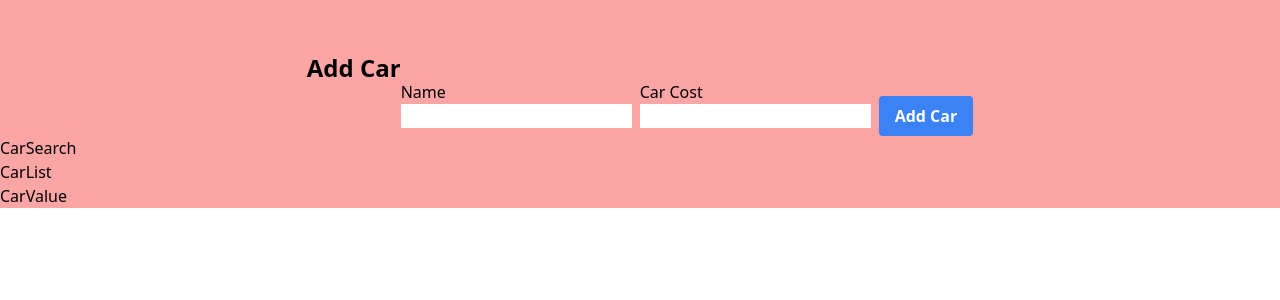
Repository: Marhamat92/carsappreduxtoolkit
Page: /
The author's editor kept a copy of each file at every save. The page is drawn from the files as they stood at one save, then again after the next save.
The browser window is 1280 px wide. The pictures show the whole page.
The project was rebuilt for these pictures with package versions that can differ from the ones it lists, and the page was loaded fresh each time.

Above is the page before, as saved 2023-01-23 21:04:18.

### src/index.js
import React from 'react';
import ReactDOM from 'react-dom/client';
import './index.css';
import App from './App';
import { Provider } from 'react-redux';
import { store } from './store'


const root = ReactDOM.createRoot(document.getElementById('root'));
root.render(
  <Provider store={store}>
    <App />
  </Provider>
);

### src/App.js
import CarForm from "./components/CarForm";
import CarList from "./components/CarList";
import CarSearch from "./components/CarSearch";
import CarValue from "./components/CarValue";


function App() {
  return (
    <div className="container mx-auto  bg-red-300">
      <CarForm />
      <CarSearch />
      <CarList />
      <CarValue />
    </div>
  );
}

export default App;

### src/store/index.js
import { configureStore } from "@reduxjs/toolkit";
import {
  carsReducer,
  addCar,
  removeCar,
  changeSearchTerm,
} from "./slices/carsSlice";
import { formReducer, changeName, changeCost } from "./slices/formSlice";

const store = configureStore({
  reducer: {
    cars: carsReducer,
    form: formReducer,
  },
})

export { store, addCar, removeCar, changeSearchTerm, changeName, changeCost };

### src/components/CarForm.js
import React from 'react'

function CarForm() {
  return (
    <div className='flex items-center justify-center'>
      <h1 className='font-bold text-2xl' >Add Car</h1>
      <div className='mt-20'>
        <form className='flex flex-row space-x-2'>
          <div className='flex flex-col'>
            <label htmlFor='make'>Name</label>
            <input type='text' name='carName' id='carName' />
          </div>
          <div className='flex flex-col'>
            <label htmlFor='price'>Car Cost</label>
            <input type='text' name='price' id='price' />
          </div>
          <button className='bg-blue-500 hover:bg-blue-700 text-white font-bold py-2 px-4 rounded mt-4' type='submit'>Add Car</button>
        </form>
      </div>
    </div>
  )
}

export default CarForm

### src/components/CarList.js
import React from 'react'

function CarList() {
  return (
    <div>CarList</div>
  )
}

export default CarList

### src/components/CarSearch.js
import React from 'react'

function CarSearch() {
  return (
    <div>CarSearch</div>
  )
}

export default CarSearch

### src/components/CarValue.js
import React from 'react'

function CarValue() {
  return (
    <div>CarValue</div>
  )
}

export default CarValue

### src/store/slices/carsSlice.js
import { createSlice, nanoid } from '@reduxjs/toolkit';

const carsSlice = createSlice({
  name: 'cars',
  initialState: {
    cars: [],
    searchTerm: ''
  },
  reducers: {
    changeSearchTerm(state, action) {
      state.searchTerm = action.payload;
    },
    addCar(state, action) {
      //Assumption:
      //action.payload is an object with the following properties:
      //name, cost, id
      state.cars.push({
        name: action.payload.name,
        cost: action.payload.cost,
        id: nanoid()
      })
    },
    removeCar(state, action) {
      //Assumption:
      //action.payload is the id of the car to remove
      const updatedCars = state.cars.filter((car) => {
        return car.id !== action.payload;
      })
      state.cars = updatedCars;
    }

  }
})

export const { changeSearchTerm, addCar, removeCar } = carsSlice.actions;
export const carsReducer = carsSlice.reducer;

### src/store/slices/formSlice.js
import { createSlice } from '@reduxjs/toolkit';

const formSlice = createSlice({
  name: 'form',
  initialState: {
    name: '',
    cost: 0
  },
  reducers: {
    changeName(state, action) {
      state.name = action.payload;
    },
    changeCost(state, action) {
      state.cost = action.payload;
    }
  }
})

export const { changeName, changeCost } = formSlice.actions;
export const formReducer = formSlice.reducer;

Loaded but not shown: public/index.html (common file); src/index.css (common file); tailwind.config.js (common file)

After the next save:
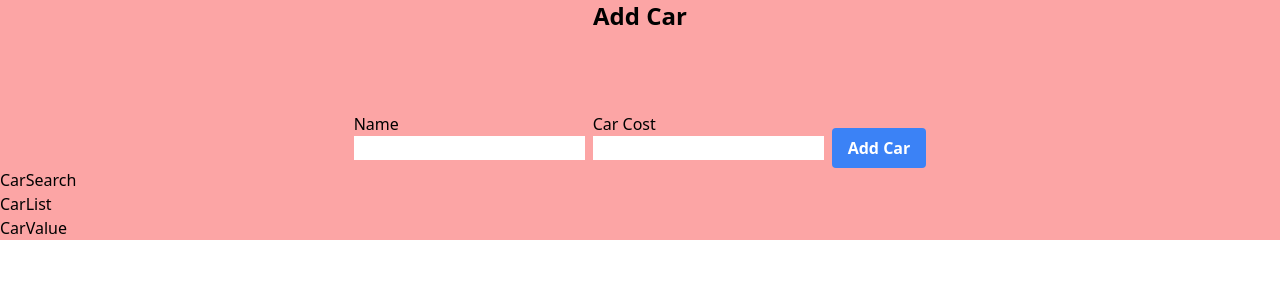
Saved 16 s later.
--- a/src/components/CarForm.js
+++ b/src/components/CarForm.js
@@ -2,7 +2,7 @@ import React from 'react'
 
 function CarForm() {
   return (
-    <div className='flex items-center justify-center'>
+    <div className='flex flex-col items-center justify-center'>
       <h1 className='font-bold text-2xl' >Add Car</h1>
       <div className='mt-20'>
         <form className='flex flex-row space-x-2'>
